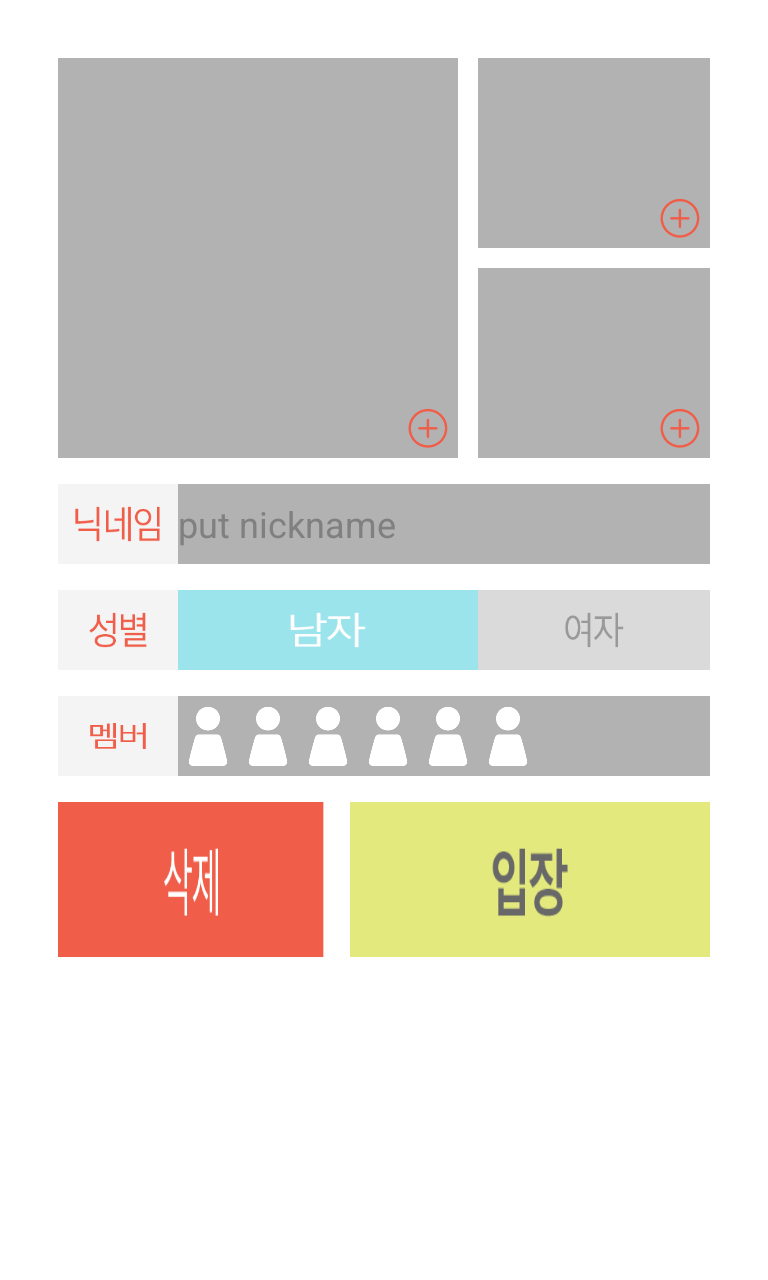
Repository: dokwon/mingle_final_client
Layout: mingle/res/layout/activity_main.xml
These files come from the project's save history. The layout is drawn as it stood at one moment and after a run of saves; the edit follows.
It is drawn on a 768 x 1280 px phone screen (xhdpi) without system bars, with theme ProfileTheme; the app's code is not run. The app's manifest (not shown) leaves right-to-left support off. So textAlignment, textDirection and layoutDirection are ignored, and left and right values win over start and end ones.

Above is the layout before, as saved 2014-08-04 06:19:48.

### mingle/res/layout/activity_main.xml
<?xml version="1.0"?>

<RelativeLayout
  tools:context=".MainActivity"
  android:paddingBottom="@dimen/activity_vertical_margin"
  android:paddingTop="@dimen/activity_vertical_margin"
  android:paddingRight="@dimen/activity_horizontal_margin"
  android:paddingLeft="@dimen/activity_horizontal_margin"
  android:layout_height="match_parent"
  android:layout_width="match_parent"
  android:background="@color/titlebackgroundcolor"
  xmlns:tools="http://schemas.android.com/tools"
  xmlns:android="http://schemas.android.com/apk/res/android">

    <RelativeLayout
      android:id="@+id/center_wrapper"
	  android:layout_height="wrap_content"
	  android:layout_width="wrap_content"
	  android:background="@color/trans"
	  android:layout_centerInParent="true" />



	<!--

	+++++	PHOTO VIEWS   +++++

							-->
	<ImageView
	    android:id="@+id/photoView1"
	    android:layout_height="@dimen/photo_view_size"
	    android:layout_width="@dimen/photo_view_size"
	    android:layout_marginLeft="@dimen/option_margin"
	    android:layout_marginTop="@dimen/option_margin"
	    android:layout_alignParentStart="true"
	    android:layout_alignParentLeft="true"
	    android:theme="@style/PictureViewTheme"
	    android:cropToPadding="true"
	    android:contentDescription="@string/photo_description"
	    android:background="@color/photobackgroundcolor"
	    android:longClickable="false"
	    android:clickable="true" />

	<ImageView
	    android:id="@+id/photoView2"
	    android:layout_width="wrap_content"
	    android:layout_height="95dp"
	    android:layout_alignTop="@+id/photoView1"
	    android:layout_alignParentRight="true"
	    android:layout_marginRight="@dimen/option_margin"
	    android:layout_marginLeft="@dimen/photo_margin"
	    android:layout_toRightOf="@+id/photoView1"
	    android:adjustViewBounds="false"
	    android:background="@color/photobackgroundcolor"
	    android:baselineAlignBottom="false"
	    android:clickable="true"
	    android:contentDescription="@string/photo_description"
	    android:cropToPadding="true"
	    android:longClickable="false" />
	<ImageView
	    android:id="@+id/photoView3"
	    android:layout_height="wrap_content"
	    android:layout_width="wrap_content"
	    android:background="@color/photobackgroundcolor"
	    android:cropToPadding="true"
	    android:contentDescription="@string/photo_description"
	    android:clickable="true"
	    android:longClickable="false"
	    android:layout_alignRight="@+id/photoView2"
	    android:layout_alignBottom="@+id/photoView1"
	    android:layout_alignStart="@+id/photoView2"
	    android:layout_alignLeft="@+id/photoView2"
	    android:layout_below="@+id/photoView2"
	    android:layout_marginTop="@dimen/photo_margin"/>


	<!--

	+++++	ADD BUTTONS   +++++

							-->
	<ImageView
	    android:layout_height="20dp"
	    android:layout_width="20dp"
	    android:layout_marginRight="5dp"
	    android:layout_marginBottom="5dp"
	    android:layout_alignRight="@+id/photoView1"
	    android:layout_alignBottom="@+id/photoView1"
	    android:cropToPadding="true"
	    android:contentDescription="@string/erase_button_description"
	    android:background="@drawable/photo_plus"
	    android:longClickable="true"
	    android:id="@+id/add1"/>
	<ImageView
	    android:layout_height="20dp"
	    android:layout_width="20dp"
	    android:layout_marginRight="5dp"
	    android:layout_marginBottom="5dp"
	    android:layout_alignRight="@+id/photoView2"
	    android:layout_alignBottom="@+id/photoView2"
	    android:cropToPadding="true"
	    android:contentDescription="@string/erase_button_description"
	    android:background="@drawable/photo_plus"
	    android:longClickable="true"
	    android:id="@+id/add2"/>
	<ImageView
	    android:layout_height="20dp"
	    android:layout_width="20dp"
	    android:layout_marginRight="5dp"
	    android:layout_marginBottom="5dp"
	    android:layout_alignRight="@+id/photoView3"
	    android:layout_alignBottom="@+id/photoView3"
	    android:cropToPadding="true"
	    android:contentDescription="@string/erase_button_description"
	    android:background="@drawable/photo_plus"
	    android:longClickable="true"
	    android:id="@+id/add3"/>

	<!--

	+++++	NICKNAME  +++++

							-->

	<ImageView
	    android:id="@+id/nicknamelabel"
	    android:layout_width="@dimen/option_label_width"
	    android:layout_height="@dimen/option_label_height"
	    android:background="@drawable/nickname"
	    android:cropToPadding="true"
	    android:contentDescription="@string/photo_description"
	    android:longClickable="false"
	    android:layout_alignStart="@+id/photoView1"
	    android:layout_alignLeft="@+id/photoView1"
	    android:layout_below="@+id/photoView1"
	    android:layout_marginTop="@dimen/option_margin"/>

	<EditText
	    android:id="@+id/nicknameTextView"
	    android:layout_alignRight="@+id/photoView3"
	    android:layout_alignTop="@+id/nicknamelabel"
	    android:layout_alignBottom="@+id/nicknamelabel"
	    android:layout_toRightOf="@+id/nicknamelabel"
	    android:layout_width="wrap_content"
	    android:layout_height="wrap_content"
	    android:background="@color/photobackgroundcolor"
	    android:hint="@string/nickname_placeholder"
	    android:textAppearance="?android:attr/textAppearanceMedium"
	    android:imeActionLabel="@string/launch"
	    android:maxLength="10" />

	<!--

	+++++	SEX CHOICE   +++++

							-->

	<ImageView
	    android:layout_width="@dimen/option_label_width"
	    android:layout_height="@dimen/option_label_height"
	    android:background="@drawable/genderchoice"
	    android:cropToPadding="true"
	    android:contentDescription="@string/photo_description"
	    android:longClickable="false"
	    android:layout_alignStart="@+id/photoView1"
	    android:layout_alignLeft="@+id/photoView1"
	    android:layout_below="@+id/nicknamelabel"
	    android:id="@+id/sexlabel"
	    android:layout_marginTop="@dimen/option_margin"/>

	<Button
	    android:layout_height="wrap_content"
	    android:layout_width="wrap_content"
	    android:id="@+id/manbutton"
	    android:layout_centerHorizontal="true"
	    android:background="@drawable/genderchoice_man"
	    android:layout_alignTop="@+id/sexlabel"
	    android:layout_alignBottom="@+id/sexlabel"
	    android:layout_toRightOf="@+id/sexlabel"
	    android:layout_toLeftOf="@+id/photoView3"
	    android:onClick="SexOptionChanged"/>

	<Button
	    android:layout_height="wrap_content"
	    android:layout_width="wrap_content"
	    android:id="@+id/womanbutton"
	    android:layout_centerHorizontal="true"
	    android:background="@drawable/genderchoice_notwoman"
	    android:layout_alignTop="@+id/sexlabel"
	    android:layout_alignBottom="@+id/sexlabel"
	    android:layout_toRightOf="@+id/manbutton"
	    android:layout_alignRight="@+id/photoView3"
	    android:onClick="SexOptionChanged"/>


	<!--

	+++++	MEMBER NUM   +++++

							-->

	<ImageView
	    android:layout_width="@dimen/option_label_width"
	    android:layout_height="@dimen/option_label_height"
	    android:background="@drawable/member"
	    android:cropToPadding="true"
	    android:contentDescription="@string/photo_description"
	    android:longClickable="false"
	    android:layout_alignStart="@+id/photoView1"
	    android:layout_alignLeft="@+id/photoView1"
	    android:layout_below="@+id/sexlabel"
	    android:id="@+id/memberlabel"
	    android:layout_marginTop="@dimen/option_margin"/>
	<ImageView
	    android:layout_height="wrap_content"
	    android:layout_width="wrap_content"
	    android:id="@+id/member_background"
	    android:background="@color/photobackgroundcolor"
	    android:layout_alignTop="@+id/memberlabel"
	    android:layout_alignBottom="@+id/memberlabel"
	    android:contentDescription="@string/photo_description"
	    android:layout_toRightOf="@+id/memberlabel"
	    android:layout_alignRight="@+id/photoView3"/>
	<Button
	    android:layout_height="wrap_content"
	    android:layout_width="@dimen/member_icon_width"
	    android:id="@+id/member_1"
	    android:background="@drawable/peoplenumberpicon"
	    android:layout_alignTop="@+id/memberlabel"
	    android:layout_alignBottom="@+id/memberlabel"
	    android:layout_toRightOf="@+id/memberlabel"
	    android:layout_margin="@dimen/small_margin"
	    android:onClick="MemberNumberSelected"/>

	<Button
	    android:layout_height="wrap_content"
	    android:layout_width="@dimen/member_icon_width"
	    android:id="@+id/member_2"
	    android:background="@drawable/peoplenumberpicon"
	    android:layout_alignTop="@+id/memberlabel"
	    android:layout_alignBottom="@+id/memberlabel"
	    android:layout_toRightOf="@+id/member_1"
	    android:layout_margin="@dimen/small_margin"
	    android:onClick="MemberNumberSelected"/>
	<Button
	    android:layout_height="wrap_content"
	    android:layout_width="@dimen/member_icon_width"
	    android:id="@+id/member_3"
	    android:background="@drawable/peoplenumberpicon"
	    android:layout_alignTop="@+id/memberlabel"
	    android:layout_alignBottom="@+id/memberlabel"
	    android:layout_toRightOf="@+id/member_2"
	    android:layout_margin="@dimen/small_margin"
	    android:onClick="MemberNumberSelected"/>
	<Button
	    android:layout_height="wrap_content"
	    android:layout_width="@dimen/member_icon_width"
	    android:id="@+id/member_4"
	    android:background="@drawable/peoplenumberpicon"
	    android:layout_alignTop="@+id/memberlabel"
	    android:layout_alignBottom="@+id/memberlabel"
	    android:layout_toRightOf="@+id/member_3"
	    android:layout_margin="@dimen/small_margin"
	    android:onClick="MemberNumberSelected"/>
	<Button
	    android:layout_height="wrap_content"
	    android:layout_width="@dimen/member_icon_width"
	    android:id="@+id/member_5"
	    android:background="@drawable/peoplenumberpicon"
	    android:layout_alignTop="@+id/memberlabel"
	    android:layout_alignBottom="@+id/memberlabel"
	    android:layout_toRightOf="@+id/member_4"
	    android:layout_margin="@dimen/small_margin"
	    android:onClick="MemberNumberSelected"/>
	<Button
	    android:layout_height="wrap_content"
	    android:layout_width="@dimen/member_icon_width"
	    android:id="@+id/member_6"
	    android:background="@drawable/peoplenumberpicon"
	    android:layout_alignTop="@+id/memberlabel"
	    android:layout_alignBottom="@+id/memberlabel"
	    android:layout_toRightOf="@+id/member_5"
	    android:layout_margin="@dimen/small_margin"
	    android:onClick="MemberNumberSelected"/>




	<Button
	    android:layout_height="wrap_content"
	    android:layout_width="133dp"
	    android:id="@+id/delete_button"
	    android:layout_alignLeft="@+id/photoView1"
	    android:layout_below="@+id/memberlabel"
	    android:layout_marginTop="@dimen/option_margin"
	    android:background="@drawable/deleteall"
	    android:onClick="userCreateButtonPressed"/>

	<Button
	    android:layout_height="wrap_content"
	    android:layout_width="wrap_content"
	    android:id="@+id/enter_button"
	    android:layout_alignRight="@+id/photoView3"
	   	android:layout_toRightOf="@+id/delete_button"
	    android:layout_alignTop="@+id/delete_button"
	    android:layout_marginLeft="@dimen/option_margin"
	    android:background="@drawable/enter"
	    android:onClick="userCreateButtonPressed"/>


</RelativeLayout>

### mingle/res/values/styles.xml
<resources>

    <!--
        Base application theme, dependent on API level. This theme is replaced
        by AppBaseTheme from res/values-vXX/styles.xml on newer devices.
    -->
    <style name="AppBaseTheme" parent="android:Theme.Light">
        <!--
            Theme customizations available in newer API levels can go in
            res/values-vXX/styles.xml, while customizations related to
            backward-compatibility can go here.
        -->
    </style>

    <!-- Application theme. -->
    <style name="AppTheme" parent="AppBaseTheme">
        <!-- All customizations that are NOT specific to a particular API-level can go here. -->
    </style>

    <!--  Title Bar Theme -->
    <style name="ProfileTheme" parent="android:Theme.Light">
        <item name="android:windowTitleSize">@dimen/title_bar_height</item>
        <item name="android:windowTitleBackgroundStyle">@style/WindowTitleBackground</item>
	</style>



    <!--  Chat Room Theme -->
	<style name="ChatRoomTheme" parent="android:Theme.Light">
        <item name="android:windowTitleSize">50dp</item>
        <item name="android:windowTitleBackgroundStyle">@style/WindowTitleBackground</item>
	</style>

	<!--  Photo View Theme -->
	<style name="PictureViewTheme">

    	<item name="android:background">#FFEAEAEA</item>
	</style>

    <style name="WindowTitleBackground">
        <item name="android:background">@color/titlebackgroundcolor</item>
    </style>

    <!--  Swipe list view theme -->
	<style name="MyListBackContent">
       <item name="android:layout_width">fill_parent</item>
       <item name="android:layout_height">fill_parent</item>
       <item name="android:background">@drawable/background_back</item>
       <item name="android:gravity">right</item>
   </style>

   <style name="MyListFrontContent">
       <item name="android:layout_width">fill_parent</item>
       <item name="android:layout_height">fill_parent</item>
       <item name="android:background">@drawable/background_front</item>
       <item name="android:padding">8dp</item>
   </style>

     <style name="MyListButtonAction">
       <item name="android:layout_margin">5dp</item>
         <item name="android:layout_width">80dp</item>
       <item name="android:layout_height">30dp</item>

   </style>

     <style name="UserListImage">
       <item name="android:layout_width">180dp</item>
       <item name="android:layout_height">180dp</item>
       <item name="android:scaleGravity">fill</item>
       <item name="android:layout_marginRight">8dp</item>
   </style>

     <style name="ChatRoomImage">
       <item name="android:layout_width">67dp</item>
       <item name="android:layout_height">67dp</item>
       <item name="android:scaleGravity">fill</item>
       <item name="android:layout_marginRight">8dp</item>
   </style>

   <style name="MyListTitle">
       <item name="android:paddingBottom">8dp</item>
       <item name="android:textSize">17sp</item>
       <item name="android:textStyle">bold</item>
       <item name="android:maxLines">2</item>
       <item name="android:ellipsize">end</item>
   </style>
</resources>

### mingle/res/values/colors.xml
<?xml version="1.0" encoding="UTF-8"?>

<resources>

	<color name="titlebackgroundcolor">#FFFFFFFF</color>

	<color name="photobackgroundcolor">#B2B2B2</color>

	<color name="trans">#000000</color>
	<color name="light_gray">#eee9e9</color>
	<color name="white_gray">#FFF2F2F2</color>
	<color name="black">#FF000000</color>
	<color name="white">#FFFFFFFF</color>
	<color name="actionbar_gray">#F1F1F1</color>

	<color name="mingle_button_green">#e3e97d</color>

	<color name="mingle_button_red">#f05e49</color>

	<color name="gold">#F0C500</color>
	<color name="silver">#C0C0C0</color>
	<color name="bronze">#CD7F32</color>
	<color name="dark_gray">#4C4C4C</color>

</resources>

### mingle/res/values/strings.xml
<?xml version="1.0" encoding="utf-8"?>
<resources>

    <string name="app_name">mingle</string>
    <string name="title_section1">Section 1</string>
    <string name="title_section2">Section 2</string>
    <string name="title_section3">Section 3</string>
    <string name="action_settings">Personal Settings</string>
    <string name="hello_world">Hello world!</string>
    <string name="title_activity_hunt">HuntActivity</string>
    <string name="title_activity_chatroom">ChatroomActivity</string>
    <string name="title_activity_chat_room">ChatRoomActivity</string>
    <string name="tab1title">Top</string>
    <string name="tab2title">All</string>
    <string name="tab3title">Mingling</string>
    <string name="tab4title">Setting</string>
    <string name="radio_male">Male</string>
    <string name="radio_female">Female</string>
    <string name="sms"></string>
    <string name="send">send</string>
    <string name="title_activity_setting">SettingActivity</string>
    <string name="title_activity_photo_view">PhotoViewActivity</string>
    <string name="title_activity_profile">ProfileActivity</string>
    <string name="title_activity_region_chatroom">RegionChatroomActivity</string>
    <string name="photo_description">Click to add Photo</string>
	<string name="minge_start_button_string">Mingle</string>
	<string name="erase_button_description">erase photo</string>
	<string name="nickname_placeholder">put nickname</string>
	<string name="launch">launch</string>


</resources>

Loaded but not shown: mingle/res/values/dimens.xml (common file); mingle/res/values-w820dp/dimens.xml (common file)

After the next 2 saves:
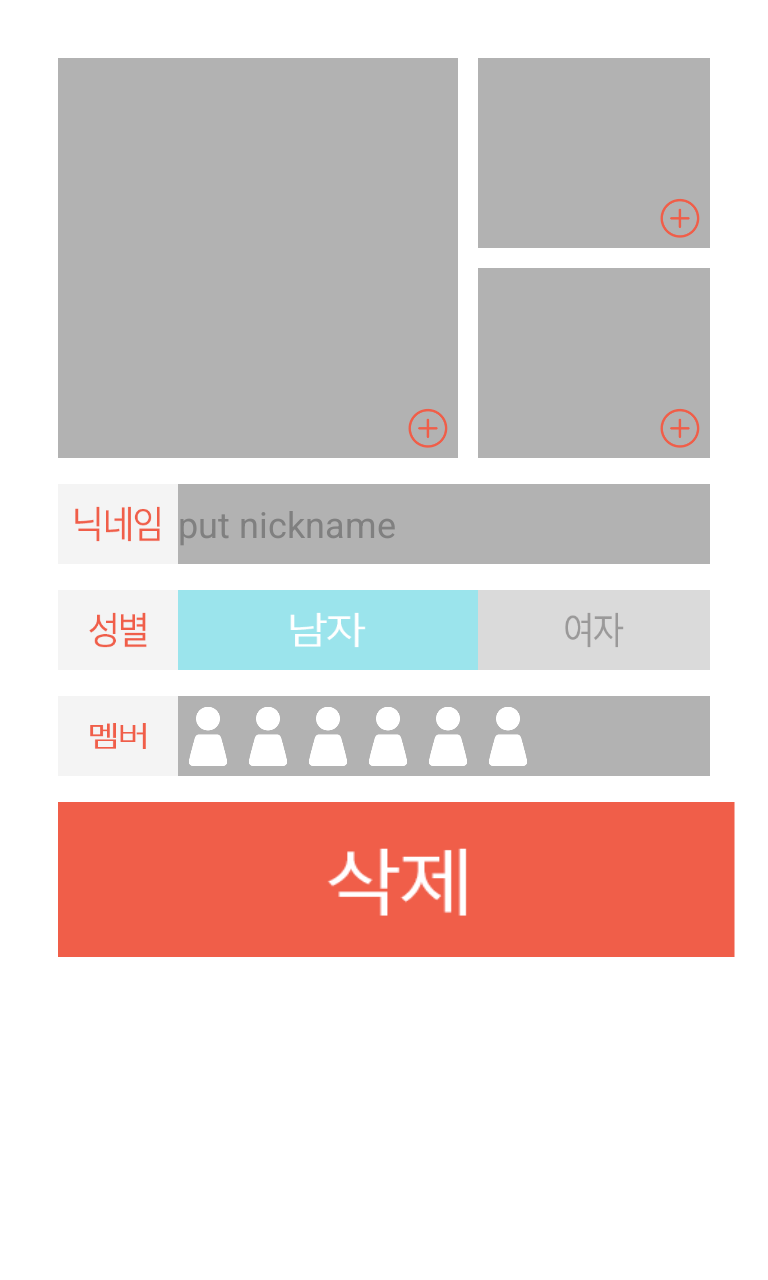
The 2 saves are shown as one change because 1 did not build or start.
The last was saved 3 min 15 s later.
--- a/mingle/res/layout/activity_main.xml
+++ b/mingle/res/layout/activity_main.xml
@@ -288,9 +288,10 @@
 
 	<Button
 	    android:layout_height="wrap_content"
-	    android:layout_width="133dp"
+	    android:layout_width="match_parent"
 	    android:id="@+id/delete_button"
 	    android:layout_alignLeft="@+id/photoView1"
+
 	    android:layout_below="@+id/memberlabel"
 	    android:layout_marginTop="@dimen/option_margin"
 	    android:background="@drawable/deleteall"
